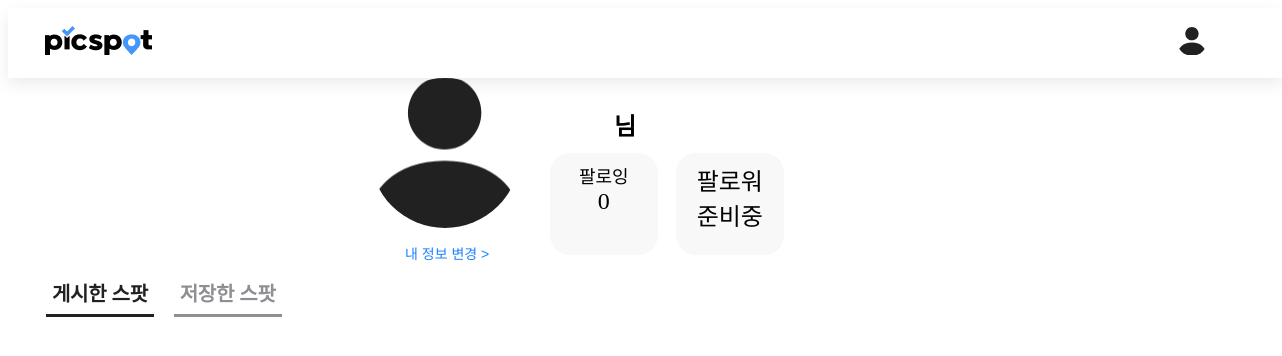
Repository: kimtanook/picspot
Page: /mypage
These files come from the project's save history. The page is drawn as it stood at one moment and after the next save; the edit follows.
The browser window is 1280 px wide. The page is 1282 px wide, so the pictures cover 1282 px, including what lies to the right of the window. The pictures show the whole page.
The page's requests for data from a server got no answer. The project was rebuilt for these pictures with package versions that can differ from the ones it lists, and the page was loaded fresh each time. Some packages were replaced by stand-ins written for this rebuild. The framework's server and built-in components were replaced by stand-ins that run in the browser. No one was signed in, and anything a server would have sent is missing. Also part of the build but not shown: next.config.js, components/main/auth/AuthSocial.tsx, components/main/auth/Auth.tsx, components/main/auth/AuthSignUp.tsx, components/main/auth/AuthForgot.tsx, components/ModalLogin.tsx, components/mypage/Profile/ModalProfile.tsx, components/mypage/MyCollectPost.tsx and 5 more.

Above is the page before, as saved 2023-02-23 11:48:55.

After the next save:
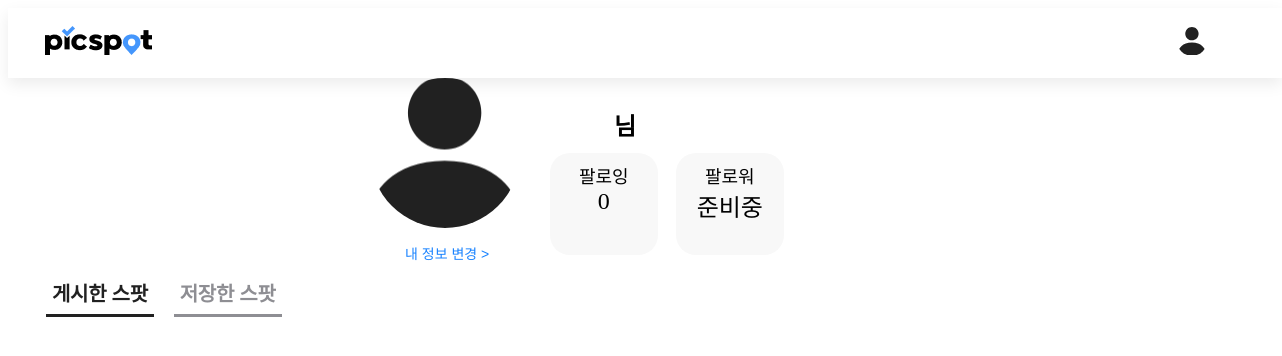
Saved 7 s later.
--- a/components/mypage/Profile/Profile.tsx
+++ b/components/mypage/Profile/Profile.tsx
@@ -265,7 +265,7 @@
   text-align: center;
 `;
 const FollowerText = styled.div`
-  font-size: 18pt;
+  font-size: 18px;
   /* width: 90px;
   height: 85px; */
   text-align: center;
